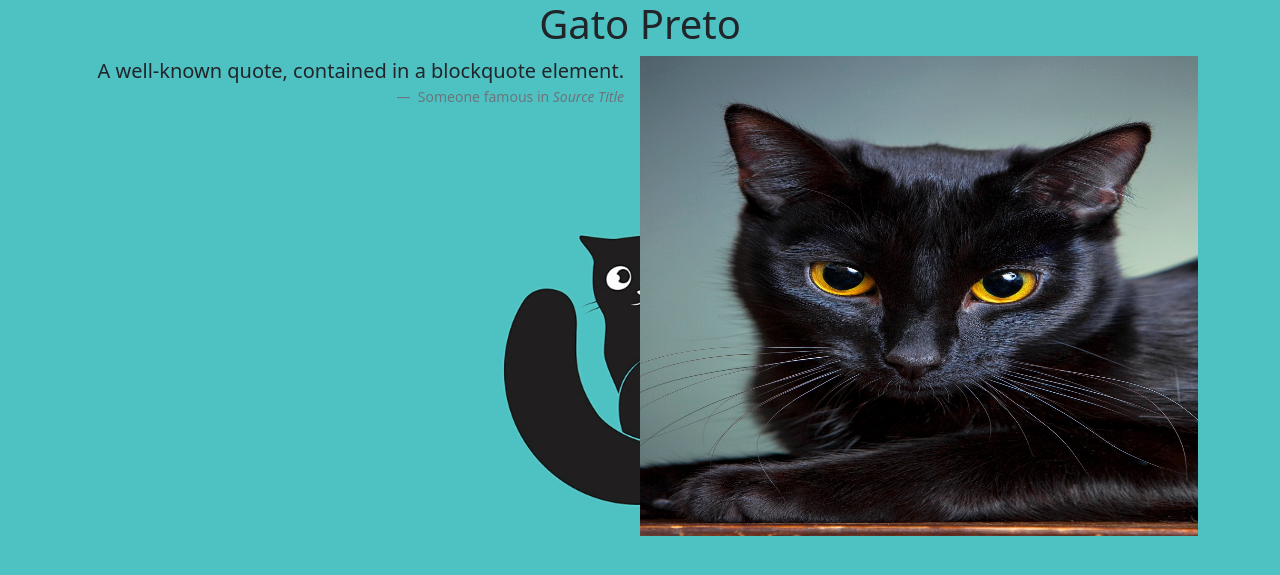
Repository: SktYzu/gatitu
Page: index.html
These files come from the project's save history. The page is drawn as it stood at one moment and after the next save; the edit follows.
The browser window is 1280 px wide. The pictures show the whole page.

Above is the page before, as saved 2023-11-27 15:14:36.

After the next save:
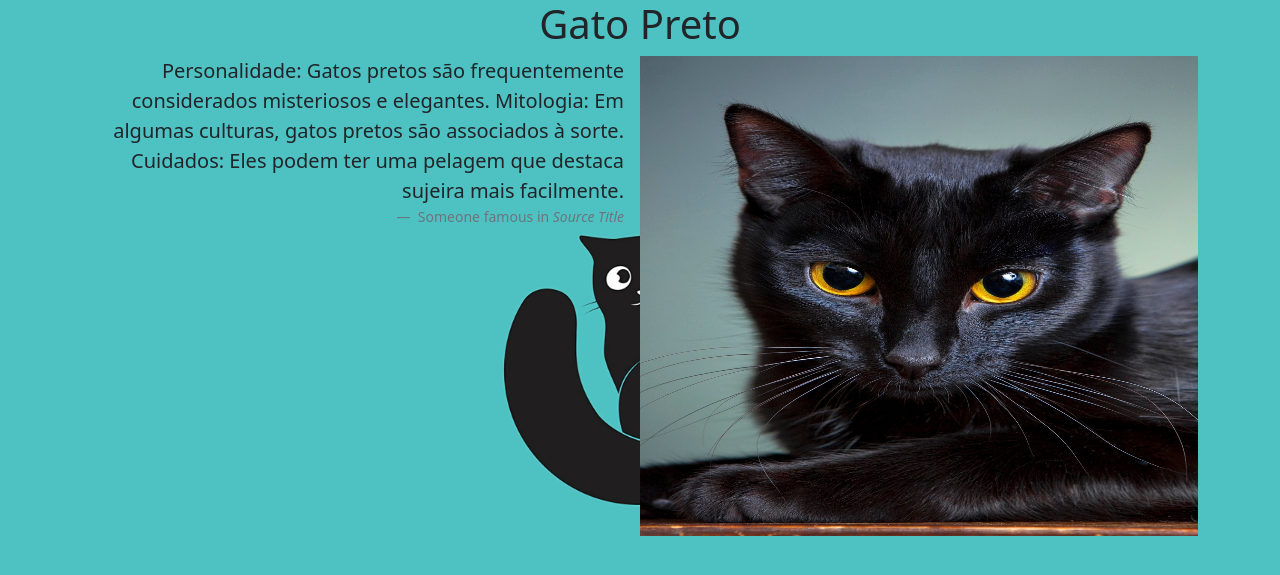
Saved 2 min 14 s later.
--- a/index.html
+++ b/index.html
@@ -27,7 +27,9 @@
 
             <figure class="text-end">
                 <blockquote class="blockquote">
-                    <p>A well-known quote, contained in a blockquote element.</p>
+                    <p>Personalidade: Gatos pretos são frequentemente considerados misteriosos e elegantes.
+                        Mitologia: Em algumas culturas, gatos pretos são associados à sorte.
+                        Cuidados: Eles podem ter uma pelagem que destaca sujeira mais facilmente.</p>
                 </blockquote>
                 <figcaption class="blockquote-footer">
                     Someone famous in <cite title="Source Title">Source Title</cite>
